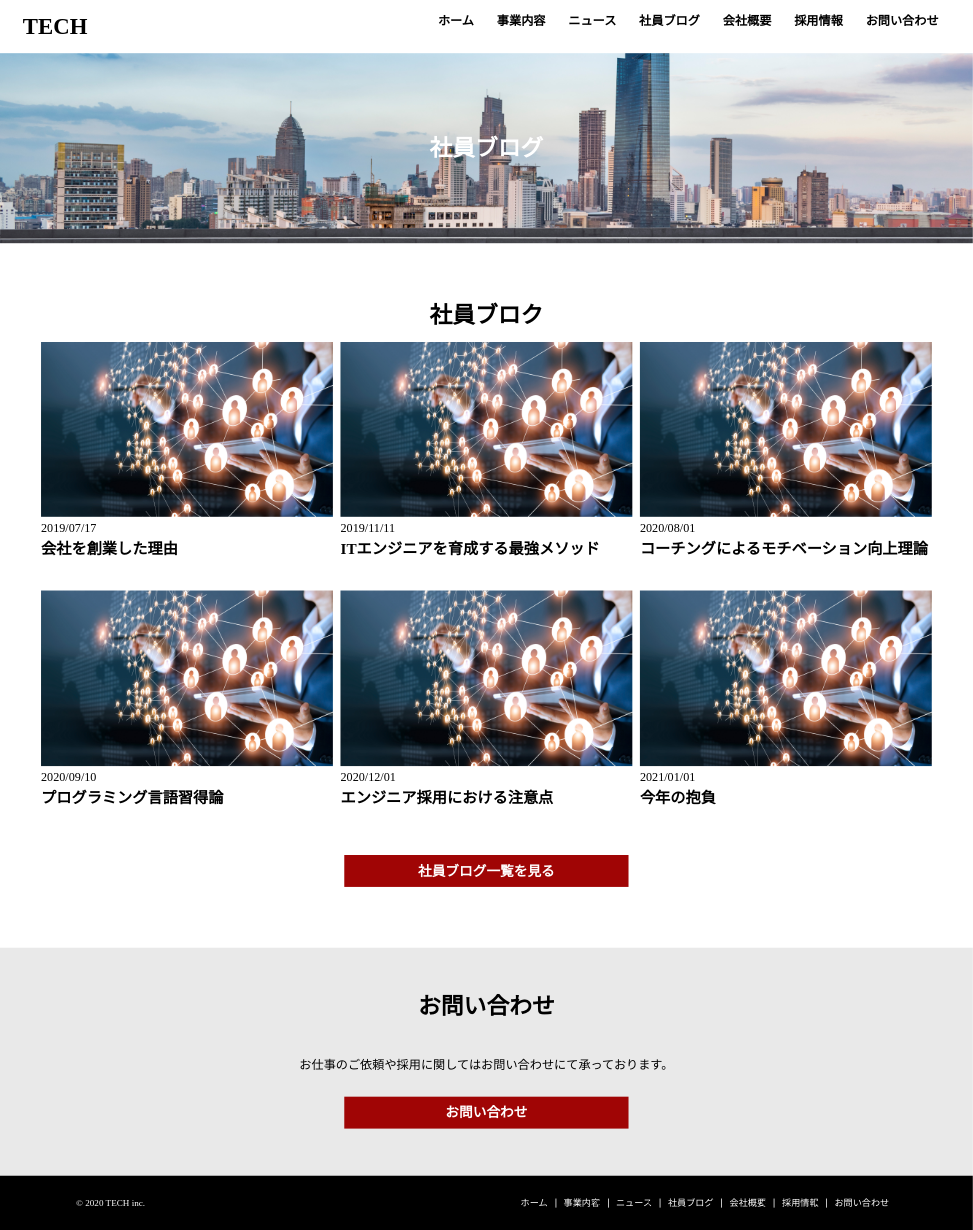
Repository: masanarimiura/20220516_miura
Page: blog.html
These files come from the project's save history. The page is drawn as it stood at one moment and after the next save; the edit follows.
The browser window is 1280 px wide. The pictures show the whole page, at 76% of full size.

Above is the page before, as saved 2022-05-14 01:56:24.

### blog.html
<!DOCTYPE html>
<html lang="ja">

<head>
  <meta charset="UTF-8">
  <meta http-equiv="X-UA-Compatible" content="IE=edge">
  <meta name="viewport" content="width=device-width, initial-scale=1.0">
  <title>Document</title>
  <link rel="stylesheet" href="css/reset.css">
  <link rel="stylesheet" href="css/blog.css">
</head>

<body>

  <header class="header">
    <h2 class="header__ttl"><a href="index.html">TECH</a></h2>
    <nav class="header__nav">
      <ul>
        <li><a href="index.html" class="header__nav__item1">ホーム</a></li>
        <li><a href="service.html" class="header__nav__item2">事業内容</a></li>
        <li><a href="news.html" class="header__nav__item3">ニュース</a></li>
        <li><a href="blog.html" class="header__nav__item4">社員ブログ</a></li>
        <li><a href="company.html" class="header__nav__item5">会社概要</a></li>
        <li><a href="recruit.html" class="header__nav__item6">採用情報</a></li>
        <li><a href="contact.html" class="header__nav__item7">お問い合わせ</a></li>
      </ul>
    </nav>
  </header>

  <div class="eyecatch">
    <h2 class="eyecatch__ttl">社員ブログ</h2>
  </div>

  <div class="blog">
    <h2 class="blog__ttl">社員ブロク</h2>
    <div class="blog__inner">
      <div class="blog__box">
        <a href=""><img src="img/blog.png" alt="" class="blog__img"></a>
        <p class="blog__date">2019/07/17</p>
        <p class="blog__txt">会社を創業した理由</p>
      </div>
      <div class="blog__box">
        <a href=""><img src="img/blog.png" alt="" class="blog__img"></a>
        <p class="blog__date">2019/11/11</p>
        <p class="blog__txt">ITエンジニアを育成する最強メソッド</p>
      </div>
      <div class="blog__box">
        <a href=""><img src="img/blog.png" alt="" class="blog__img"></a>
        <p class="blog__date">2020/08/01</p>
        <p class="blog__txt">コーチングによるモチベーション向上理論</p>
      </div>
    </div>
    <div class="blog__inner">
      <div class="blog__box">
        <a href=""><img src="img/blog.png" alt="" class="blog__img"></a>
        <p class="blog__date">2020/09/10</p>
        <p class="blog__txt">プログラミング言語習得論</p>
      </div>
      <div class="blog__box">
        <a href=""><img src="img/blog.png" alt="" class="blog__img"></a>
        <p class="blog__date">2020/12/01</p>
        <p class="blog__txt">エンジニア採用における注意点</p>
      </div>
      <div class="blog__box">
        <a href=""><img src="img/blog.png" alt="" class="blog__img"></a>
        <p class="blog__date">2021/01/01</p>
        <p class="blog__txt">今年の抱負</p>
      </div>
    </div>
    <a href="" class="button blog__link">社員ブログ一覧を見る</a>
  </div>


  <div class="contact">
    <div class="contact__inner">
      <h2 class="contact__ttl">お問い合わせ</h2>
      <p class="contact__txt">お仕事のご依頼や採用に関してはお問い合わせにて承っております。</p>
      <a href="contact.html" class="contact__link button">お問い合わせ</a>
    </div>
  </div>

  <footer class="footer">
    <div class="footer__copy">&copy; 2020 TECH inc.</div>
    <ul class="footer__nav">
      <li><a href="index.html" class="footer__nav__item">ホーム</a></li>
      <li><a href="service.html" class="footer__nav__item">事業内容</a></li>
      <li><a href="news.html" class="footer__nav__item">ニュース</a></li>
      <li><a href="blog.html" class="footer__nav__item">社員ブログ</a></li>
      <li><a href="company.html" class="footer__nav__item">会社概要</a></li>
      <li><a href="recruit.html" class="footer__nav__item">採用情報</a></li>
      <li><a href="contact.html" class="footer__nav__item nonborder">お問い合わせ</a></li>
    </ul>
  </footer>

  <script src="js/main.js"></script>
</body>

</html>

### css/reset.css
/*
html5doctor.com Reset Stylesheet
v1.6.1
Last Updated: 2010-09-17
Author: Richard Clark - http://richclarkdesign.com
Twitter: @rich_clark
*/
html,
body,
div,
span,
object,
iframe,
h1,
h2,
h3,
h4,
h5,
h6,
p,
blockquote,
pre,
abbr,
address,
cite,
code,
del,
dfn,
em,
img,
ins,
kbd,
q,
samp,
small,
strong,
sub,
sup,
var,
b,
i,
dl,
dt,
dd,
ol,
ul,
li,
fieldset,
form,
label,
legend,
table,
caption,
tbody,
tfoot,
thead,
tr,
th,
td,
article,
aside,
canvas,
details,
figcaption,
figure,
footer,
header,
hgroup,
menu,
nav,
section,
summary,
time,
mark,
audio,
video {
  margin: 0;
  padding: 0;
  border: 0;
  outline: 0;
  font-size: 100%;
  vertical-align: baseline;
  background: transparent;
}

body {
  line-height: 1;
}

article,
aside,
details,
figcaption,
figure,
footer,
header,
hgroup,
menu,
nav,
section {
  display: block;
}

nav ul {
  list-style: none;
}

blockquote,
q {
  quotes: none;
}

blockquote:before,
blockquote:after,
q:before,
q:after {
  content: "";
  content: none;
}

a {
  margin: 0;
  padding: 0;
  font-size: 100%;
  vertical-align: baseline;
  background: transparent;
}

/* change colours to suit your needs */
ins {
  background-color: #ff9;
  color: #000;
  text-decoration: none;
}

/* change colours to suit your needs */
mark {
  background-color: #ff9;
  color: #000;
  font-style: italic;
  font-weight: bold;
}

del {
  text-decoration: line-through;
}

abbr[title],
dfn[title] {
  border-bottom: 1px dotted;
  cursor: help;
}

table {
  border-collapse: collapse;
  border-spacing: 0;
}

/* change border colour to suit your needs */
hr {
  display: block;
  height: 1px;
  border: 0;
  border-top: 1px solid #cccccc;
  margin: 1em 0;
  padding: 0;
}

input,
select {
  vertical-align: middle;
}

### css/blog.css
h2 {
  font-size: 30px;
  font-weight: bold;
}
h3 {
  font-size: 20px;
  font-weight: bold;
  line-height: 1.5;
}
a {
  text-decoration: none;
}
p {
  line-height: 1.5;
}
.button {
  display: block;
  text-align: center;
  color: #fff;
  font-size: 18px;
  font-weight: bold;
  background-color: rgb(160, 5, 5);
  width: 350px;
  padding: 12px;
}

.header {
  display: flex;
  justify-content: space-between;
  text-align: center;
  padding: 20px 30px;
  position: sticky;
  top: 0;
  background-color: #fff;
  z-index: 1;
}
.header__ttl a {
  color: #000;
}
.header__nav ul {
  display: flex;
  justify-content: space-between;
}
.header__nav ul li {
  padding: 0 15px;
  font-size: 16px;
  font-weight: bold;
}
.header__nav ul li a {
  color: #000;
}

.eyecatch {
  background: url(../img/mv.png) center/cover;
  height: 250px;
  display: flex;
  justify-content: center;
  align-items: center;
}
.eyecatch__ttl {
  color: #fff;
}

.blog {
  margin-top: 80px;
}
.blog__ttl {
  text-align: center;
}
.blog__inner {
  display: flex;
  justify-content: center;
}
.blog__box {
  width: 30%;
  margin: 20px 5px;
}
.blog__box img {
  width: 100%;
}
.blog__txt {
  font-weight: bold;
  font-size: 20px;
}
.blog__link {
  margin: 40px auto 0;
}

.contact {
  margin-top: 80px;
  background: rgb(233, 233, 233);
  height: 300px;
  display: flex;
  justify-content: center;
  align-items: center;
}
.contact__inner {
  text-align: center;
}
.contact__txt {
  margin-top: 50px;
}
.contact__link {
  margin: 30px auto 0;
}

.footer {
  background: #000;
  display: flex;
  align-items: center;
  justify-content: space-between;
  padding: 20px 100px;
}
.footer__copy {
  font-size: 12px;
  color: #fff;
}
.footer__nav {
  display: flex;
}
.footer__nav__item {
  display: inline-block;
  margin: 10px 0;
  color: #fff;
  font-size: 12px;
  padding: 0 10px;
  border-right: #fff 1px solid;
}
.nonborder {
  border: none;
}

Loaded but not shown: js/main.js (no copy from this time; the picture is the same without it)

After the next save:
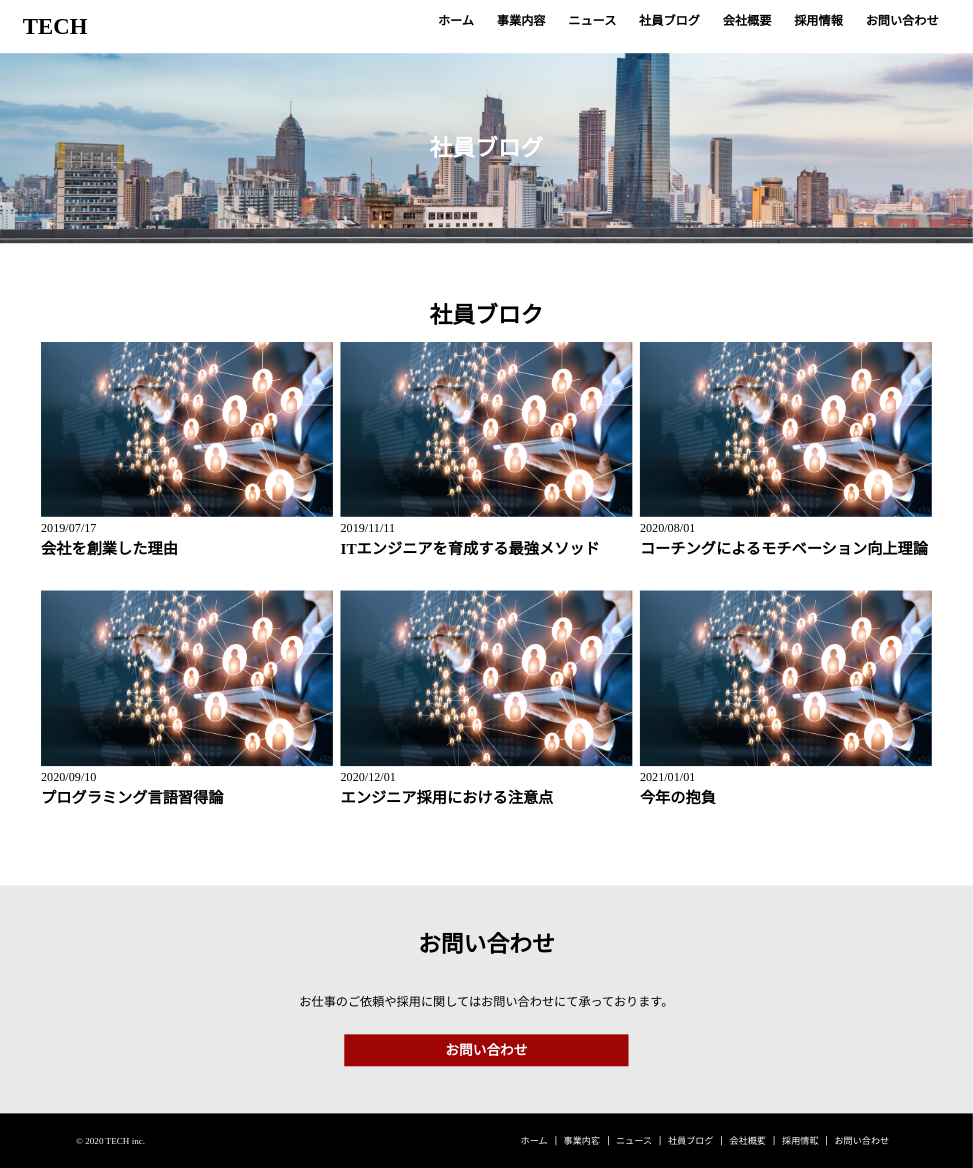
Saved 117 s later.
--- a/blog.html
+++ b/blog.html
@@ -67,7 +67,6 @@
         <p class="blog__txt">今年の抱負</p>
       </div>
     </div>
-    <a href="" class="button blog__link">社員ブログ一覧を見る</a>
   </div>
 
 
